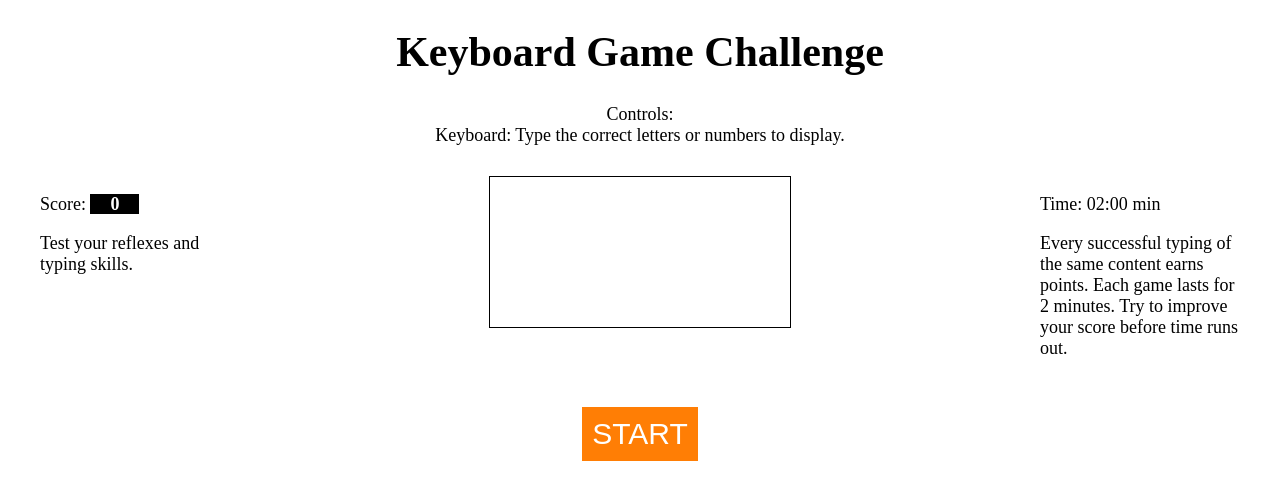
Repository: TianJunShi1/imw-2023
Page: index.html
These files come from the project's save history. The page is drawn as it stood at one moment and after the next save; the edit follows.
The browser window is 1280 px wide. The pictures show the whole page.

Above is the page before, as saved 2024-03-25 10:03:56.

After the next save:
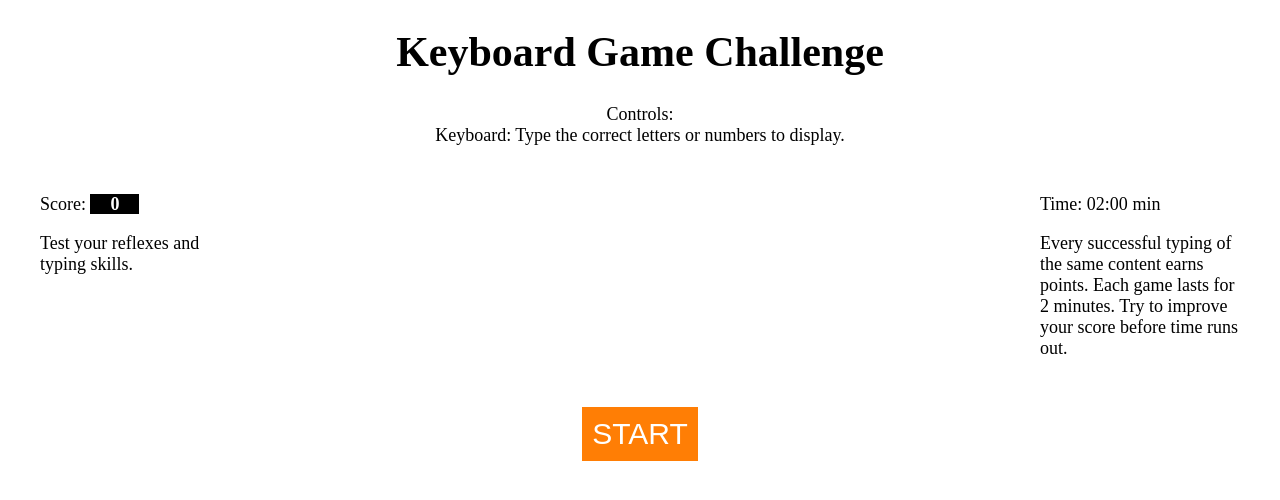
Saved 27 s later.
--- a/index.html
+++ b/index.html
@@ -51,7 +51,7 @@
       text-align: left;
     }
 
-    canvas {
+    .container {
       border: 1px solid black;
     }
 

After the save that followed:
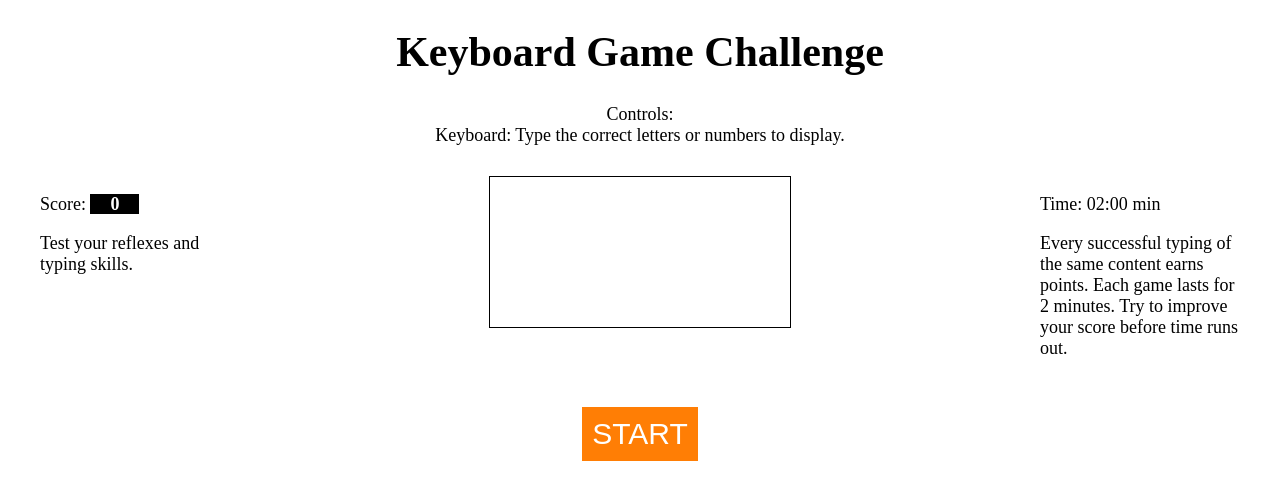
Saved 53 s later.
--- a/index.html
+++ b/index.html
@@ -51,7 +51,7 @@
       text-align: left;
     }
 
-    .container {
+    #container {
       border: 1px solid black;
     }
 
